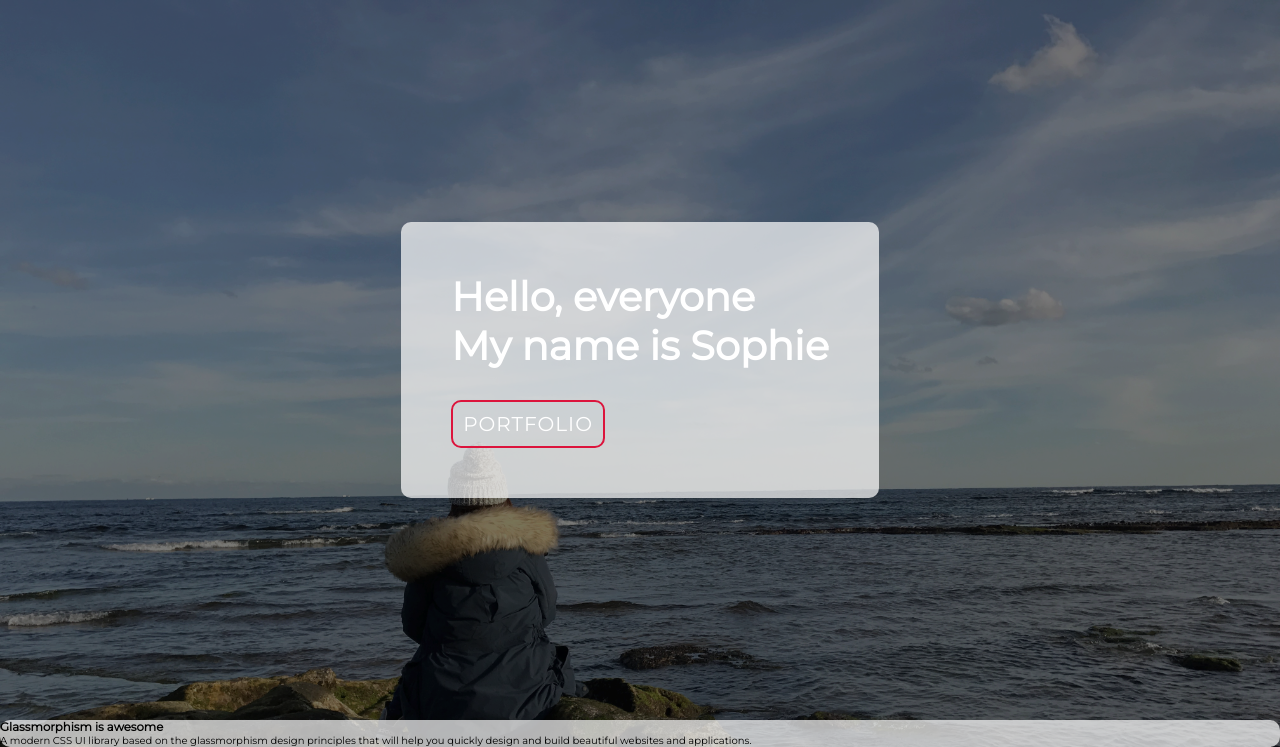
Repository: wenxi0504/StaticWebsite_Profolio
Page: index.html
The author's editor kept a copy of each file at every save. The page is drawn from the files as they stood at one save, then again after the next save.
The browser window is 1280 px wide. The pictures show the whole page.

Above is the page before, as saved 2022-03-02 00:05:59.

After the next save:
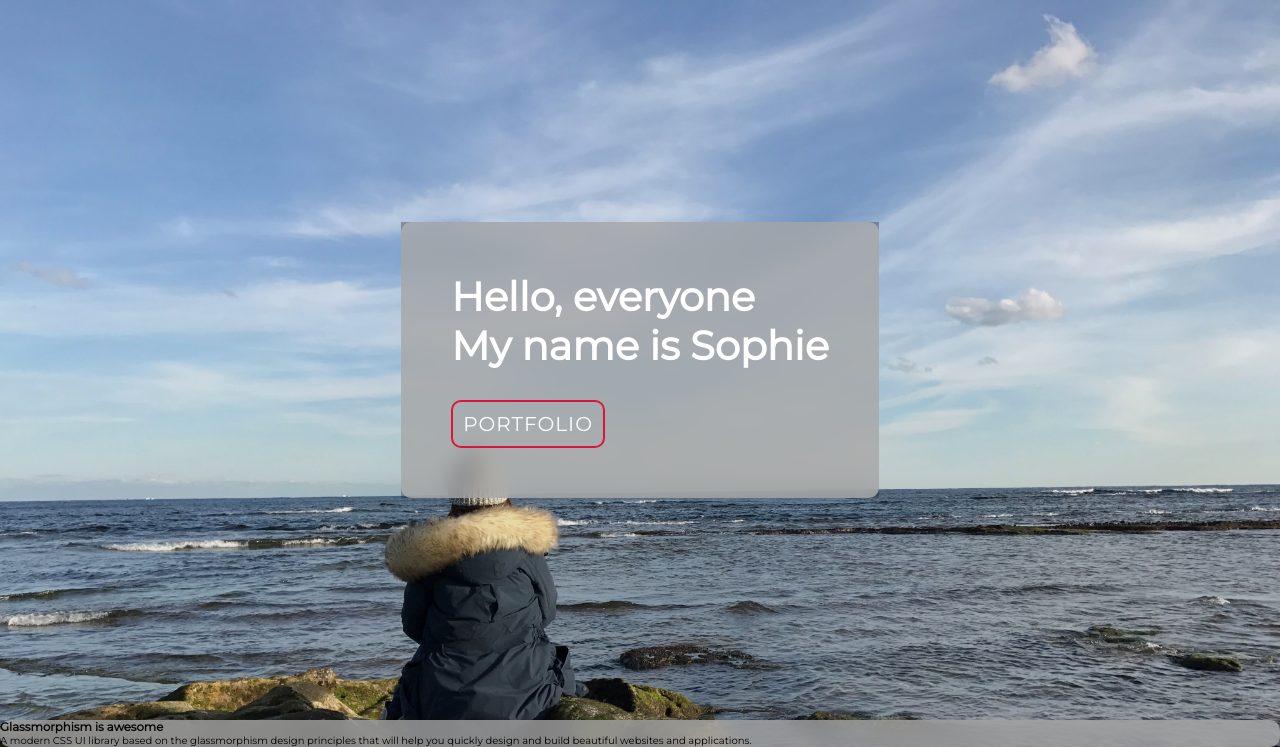
Saved 17 s later.
--- a/style.css
+++ b/style.css
@@ -48,6 +48,8 @@
 .card{
     background-color:rgba(255, 255, 255, .7);
     border-radius:10px;
+    -webkit-backdrop-filter: blur(10px);
+    backdrop-filter: blur(10px);
 }
 
 #myIntro h1{

After the 2 saves that followed:
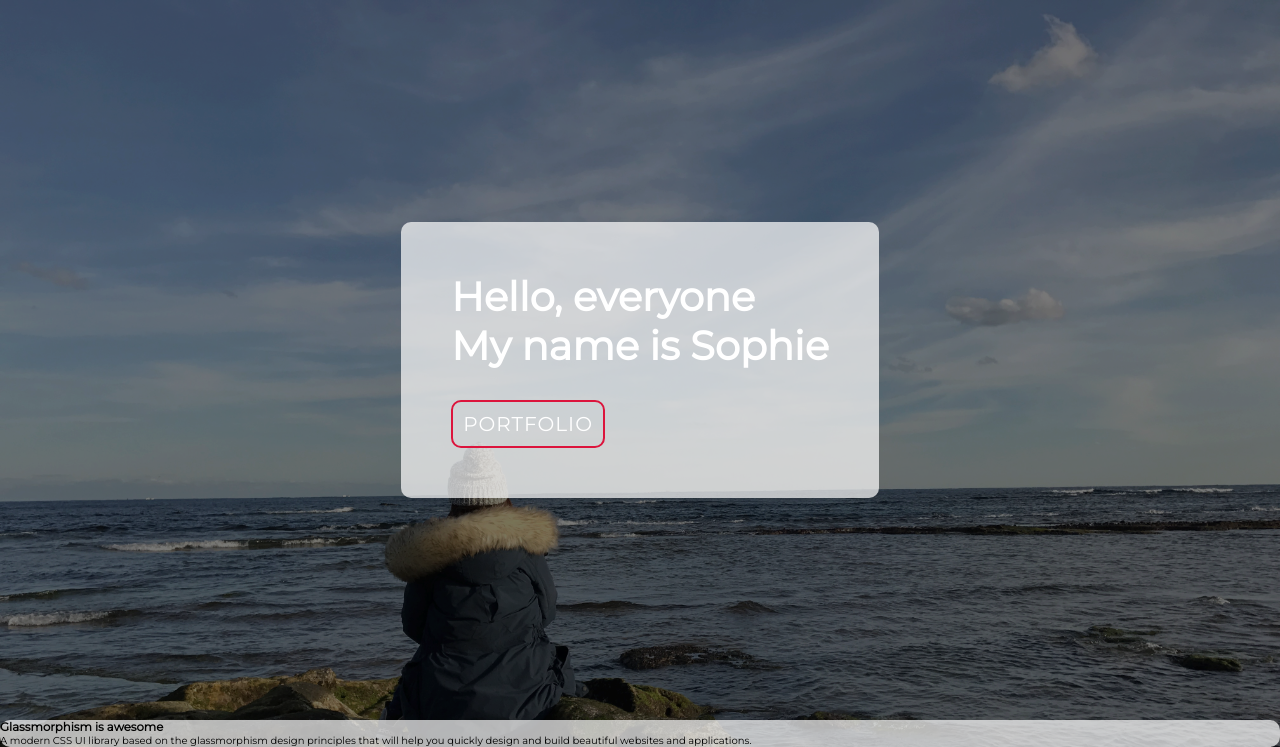
The 2 saves are shown as one change because 1 left the picture as it was.
The last was saved 26 s later.
--- a/style.css
+++ b/style.css
@@ -49,7 +49,7 @@
     background-color:rgba(255, 255, 255, .7);
     border-radius:10px;
     -webkit-backdrop-filter: blur(10px);
-    backdrop-filter: blur(10px);
+    /* backdrop-filter: blur(10px); */
 }
 
 #myIntro h1{
